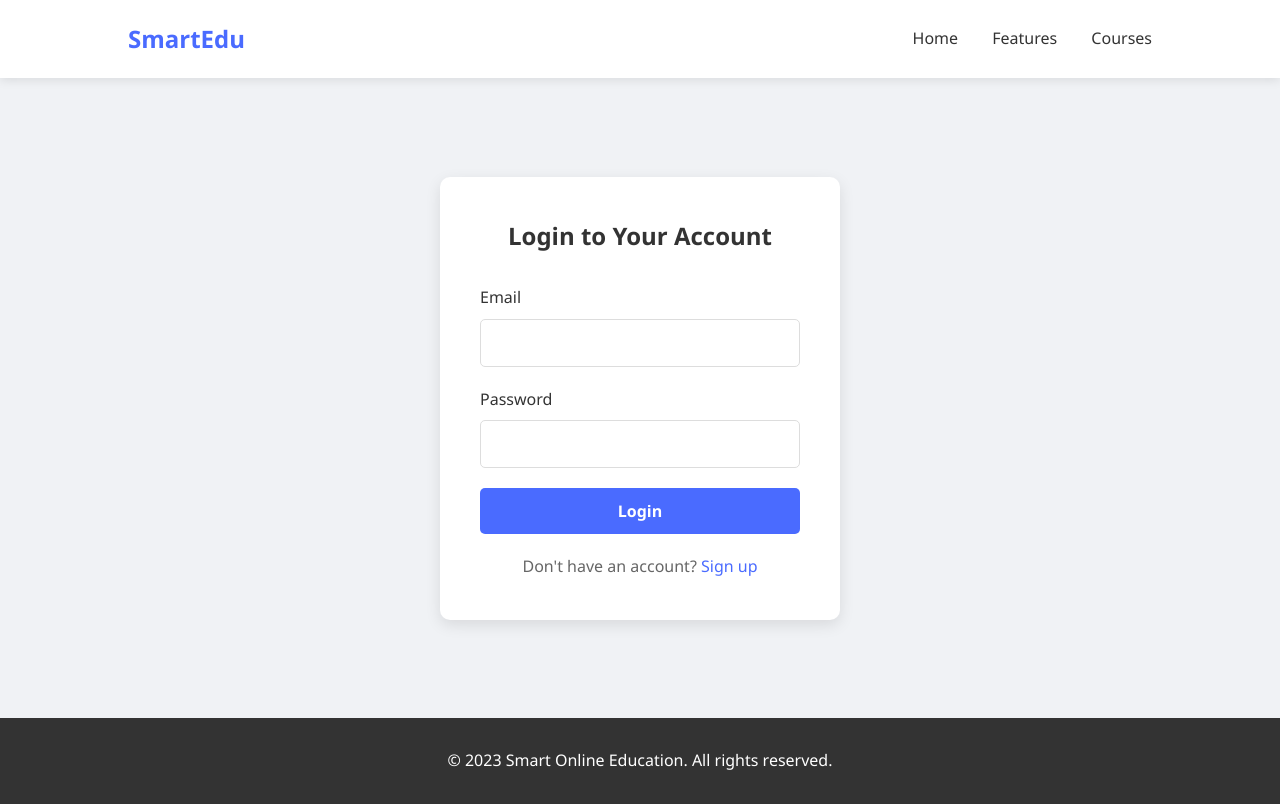
Repository: AhmedHBD/task1
Page: New folder/login.html
An editor plug-in stored every save of this project. The page is shown before and after the next save, followed by the edit.
The browser window is 1280 px wide. The pictures show the whole page.

Above is the page before, as saved 2025-08-03 08:03:51.

### New folder/login.html
<!DOCTYPE html>
<html lang="en">
<head>
    <meta charset="UTF-8">
    <meta name="viewport" content="width=device-width, initial-scale=1.0">
    <title>Login - Smart Online Education</title>
    <link rel="stylesheet" href="https://cdnjs.cloudflare.com/ajax/libs/font-awesome/6.4.0/css/all.min.css">
    <style>
        /* Reset and Base Styles */
        * {
            margin: 0;
            padding: 0;
            box-sizing: border-box;
            font-family: 'Segoe UI', Tahoma, Geneva, Verdana, sans-serif;
        }

        body {
            background-color: #f0f2f5;
            color: #333;
            line-height: 1.6;
        }

        /* Header Styles */
        header {
            display: flex;
            justify-content: space-between;
            align-items: center;
            padding: 20px 10%;
            background-color: white;
            box-shadow: 0 2px 10px rgba(0, 0, 0, 0.1);
        }

        .logo {
            font-size: 24px;
            font-weight: bold;
            color: #4a6bff;
        }

        nav a {
            margin-left: 30px;
            text-decoration: none;
            color: #333;
            font-weight: 500;
        }

        nav a:hover {
            color: #4a6bff;
        }

        /* Login Page Styles */
        .login-page {
            display: flex;
            justify-content: center;
            align-items: center;
            min-height: calc(100vh - 80px);
            padding: 20px;
        }

        .login-container {
            background-color: white;
            padding: 40px;
            border-radius: 10px;
            box-shadow: 0 5px 15px rgba(0, 0, 0, 0.1);
            width: 100%;
            max-width: 400px;
        }

        .login-container h2 {
            text-align: center;
            margin-bottom: 30px;
            color: #333;
        }

        .login-form .form-group {
            margin-bottom: 20px;
        }

        .login-form label {
            display: block;
            margin-bottom: 8px;
            font-weight: 500;
        }

        .login-form input {
            width: 100%;
            padding: 12px 15px;
            border: 1px solid #ddd;
            border-radius: 5px;
            font-size: 16px;
        }

        .login-form input:focus {
            outline: none;
            border-color: #4a6bff;
        }

        .login-submit {
            width: 100%;
            padding: 12px;
            background-color: #4a6bff;
            color: white;
            border: none;
            border-radius: 5px;
            font-size: 16px;
            font-weight: bold;
            cursor: pointer;
            transition: background-color 0.3s;
        }

        .login-submit:hover {
            background-color: #3a5bef;
        }

        .signup-link {
            text-align: center;
            margin-top: 20px;
            color: #666;
        }

        .signup-link a {
            color: #4a6bff;
            text-decoration: none;
        }

        /* Footer */
        footer {
            text-align: center;
            padding: 30px;
            background-color: #333;
            color: white;
        }
    </style>
</head>
<body>
    <!-- Navigation Bar -->
    <header>
        <div class="logo">SmartEdu</div>
        <nav>
            <a href="index.html">Home</a>
            <a href="index.html#features">Features</a>
            <a href="index.html#courses">Courses</a>
        </nav>
    </header>

    <!-- Login Form -->
    <div class="login-page">
        <div class="login-container">
            <h2>Login to Your Account</h2>
            <form class="login-form" action="index.html" method="get">
                <div class="form-group">
                    <label for="email">Email</label>
                    <input type="email" id="email" name="email" required>
                </div>
                <div class="form-group">
                    <label for="password">Password</label>
                    <input type="password" id="password" name="password" required>
                </div>
                <button type="submit" class="login-submit">Login</button>
                <p class="signup-link">Don't have an account? <a href="#">Sign up</a></p>
            </form>
        </div>
    </div>

    <footer>
        <p>&copy; 2023 Smart Online Education. All rights reserved.</p>
    </footer>
</body>
</html>

### New folder/login.css


After the next save:
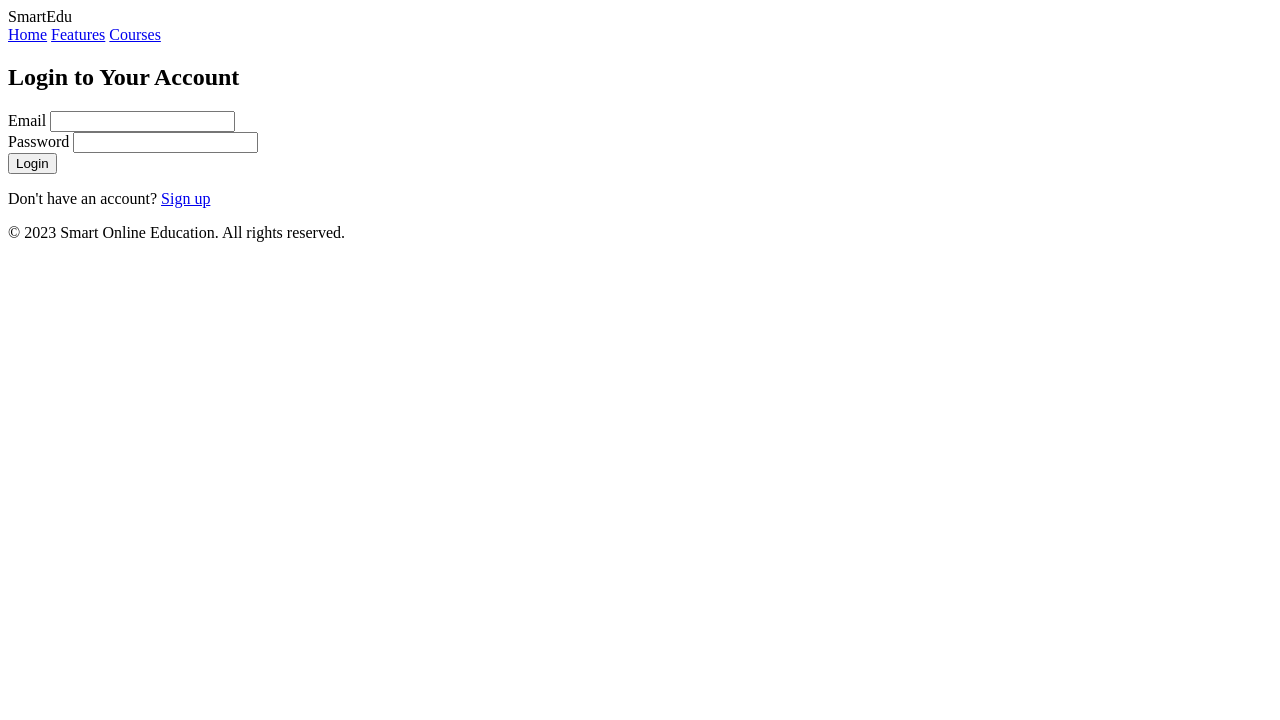
Saved 31 s later.
--- a/New folder/login.html
+++ b/New folder/login.html
@@ -7,128 +7,7 @@
     <link rel="stylesheet" href="https://cdnjs.cloudflare.com/ajax/libs/font-awesome/6.4.0/css/all.min.css">
     <style>
         /* Reset and Base Styles */
-        * {
-            margin: 0;
-            padding: 0;
-            box-sizing: border-box;
-            font-family: 'Segoe UI', Tahoma, Geneva, Verdana, sans-serif;
-        }
 
-        body {
-            background-color: #f0f2f5;
-            color: #333;
-            line-height: 1.6;
-        }
-
-        /* Header Styles */
-        header {
-            display: flex;
-            justify-content: space-between;
-            align-items: center;
-            padding: 20px 10%;
-            background-color: white;
-            box-shadow: 0 2px 10px rgba(0, 0, 0, 0.1);
-        }
-
-        .logo {
-            font-size: 24px;
-            font-weight: bold;
-            color: #4a6bff;
-        }
-
-        nav a {
-            margin-left: 30px;
-            text-decoration: none;
-            color: #333;
-            font-weight: 500;
-        }
-
-        nav a:hover {
-            color: #4a6bff;
-        }
-
-        /* Login Page Styles */
-        .login-page {
-            display: flex;
-            justify-content: center;
-            align-items: center;
-            min-height: calc(100vh - 80px);
-            padding: 20px;
-        }
-
-        .login-container {
-            background-color: white;
-            padding: 40px;
-            border-radius: 10px;
-            box-shadow: 0 5px 15px rgba(0, 0, 0, 0.1);
-            width: 100%;
-            max-width: 400px;
-        }
-
-        .login-container h2 {
-            text-align: center;
-            margin-bottom: 30px;
-            color: #333;
-        }
-
-        .login-form .form-group {
-            margin-bottom: 20px;
-        }
-
-        .login-form label {
-            display: block;
-            margin-bottom: 8px;
-            font-weight: 500;
-        }
-
-        .login-form input {
-            width: 100%;
-            padding: 12px 15px;
-            border: 1px solid #ddd;
-            border-radius: 5px;
-            font-size: 16px;
-        }
-
-        .login-form input:focus {
-            outline: none;
-            border-color: #4a6bff;
-        }
-
-        .login-submit {
-            width: 100%;
-            padding: 12px;
-            background-color: #4a6bff;
-            color: white;
-            border: none;
-            border-radius: 5px;
-            font-size: 16px;
-            font-weight: bold;
-            cursor: pointer;
-            transition: background-color 0.3s;
-        }
-
-        .login-submit:hover {
-            background-color: #3a5bef;
-        }
-
-        .signup-link {
-            text-align: center;
-            margin-top: 20px;
-            color: #666;
-        }
-
-        .signup-link a {
-            color: #4a6bff;
-            text-decoration: none;
-        }
-
-        /* Footer */
-        footer {
-            text-align: center;
-            padding: 30px;
-            background-color: #333;
-            color: white;
-        }
     </style>
 </head>
 <body>

After the 6 saves that followed:
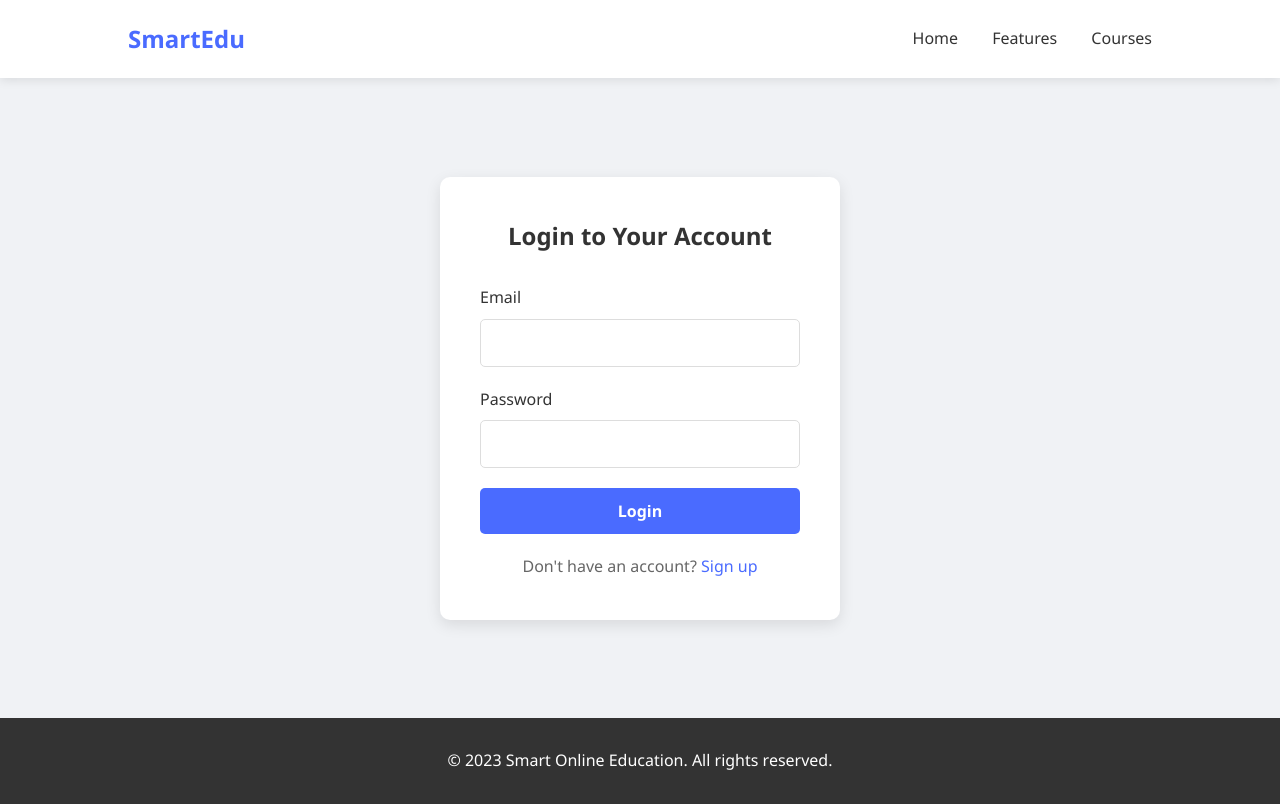
The 6 saves are shown as one change because 2 left the picture as it was and some came seconds apart.
The last was saved 24 s later.
--- a/New folder/login.html
+++ b/New folder/login.html
@@ -4,11 +4,8 @@
     <meta charset="UTF-8">
     <meta name="viewport" content="width=device-width, initial-scale=1.0">
     <title>Login - Smart Online Education</title>
+    <link rel="stylesheet" href="login.css">
     <link rel="stylesheet" href="https://cdnjs.cloudflare.com/ajax/libs/font-awesome/6.4.0/css/all.min.css">
-    <style>
-        /* Reset and Base Styles */
-
-    </style>
 </head>
 <body>
     <!-- Navigation Bar -->
--- a/New folder/login.css
+++ b/New folder/login.css
@@ -0,0 +1,122 @@
+* {
+    margin: 0;
+    padding: 0;
+    box-sizing: border-box;
+    font-family: 'Segoe UI', Tahoma, Geneva, Verdana, sans-serif;
+}
+
+body {
+    background-color: #f0f2f5;
+    color: #333;
+    line-height: 1.6;
+}
+
+/* Header Styles */
+header {
+    display: flex;
+    justify-content: space-between;
+    align-items: center;
+    padding: 20px 10%;
+    background-color: white;
+    box-shadow: 0 2px 10px rgba(0, 0, 0, 0.1);
+}
+
+.logo {
+    font-size: 24px;
+    font-weight: bold;
+    color: #4a6bff;
+}
+
+nav a {
+    margin-left: 30px;
+    text-decoration: none;
+    color: #333;
+    font-weight: 500;
+}
+
+nav a:hover {
+    color: #4a6bff;
+}
+
+/* Login Page Styles */
+.login-page {
+    display: flex;
+    justify-content: center;
+    align-items: center;
+    min-height: calc(100vh - 80px);
+    padding: 20px;
+}
+
+.login-container {
+    background-color: white;
+    padding: 40px;
+    border-radius: 10px;
+    box-shadow: 0 5px 15px rgba(0, 0, 0, 0.1);
+    width: 100%;
+    max-width: 400px;
+}
+
+.login-container h2 {
+    text-align: center;
+    margin-bottom: 30px;
+    color: #333;
+}
+
+.login-form .form-group {
+    margin-bottom: 20px;
+}
+
+.login-form label {
+    display: block;
+    margin-bottom: 8px;
+    font-weight: 500;
+}
+
+.login-form input {
+    width: 100%;
+    padding: 12px 15px;
+    border: 1px solid #ddd;
+    border-radius: 5px;
+    font-size: 16px;
+}
+
+.login-form input:focus {
+    outline: none;
+    border-color: #4a6bff;
+}
+
+.login-submit {
+    width: 100%;
+    padding: 12px;
+    background-color: #4a6bff;
+    color: white;
+    border: none;
+    border-radius: 5px;
+    font-size: 16px;
+    font-weight: bold;
+    cursor: pointer;
+    transition: background-color 0.3s;
+}
+
+.login-submit:hover {
+    background-color: #3a5bef;
+}
+
+.signup-link {
+    text-align: center;
+    margin-top: 20px;
+    color: #666;
+}
+
+.signup-link a {
+    color: #4a6bff;
+    text-decoration: none;
+}
+
+/* Footer */
+footer {
+    text-align: center;
+    padding: 30px;
+    background-color: #333;
+    color: white;
+}
